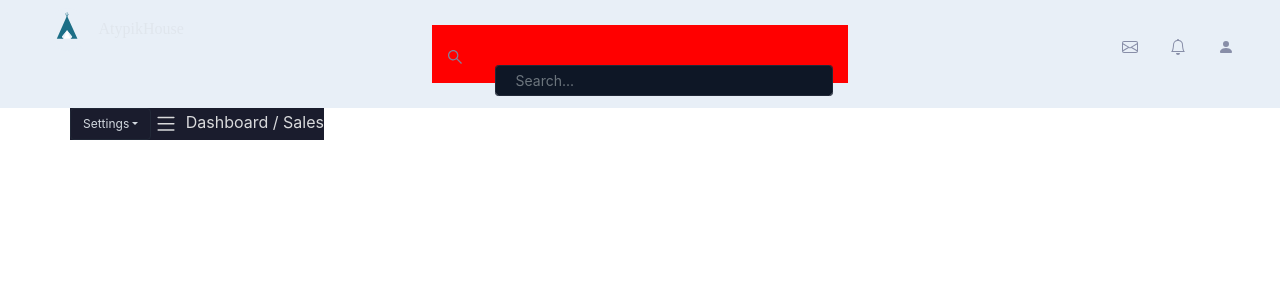
Repository: kifack/API-Symfony-AtypikHouse
Page: / (app in admin-frontend/)
An editor plug-in stored every save of this project. The page is shown before and after the next save, followed by the edit.
The browser window is 1280 px wide. The pictures show the whole page.
Some web libraries are served in a nearby version. The project was rebuilt for these pictures with package versions that can differ from the ones it lists, and the page was loaded fresh each time. Also part of the build but not shown: admin-frontend/src/css/Responsive.css, admin-frontend/src/css/admin/navbar.css, admin-frontend/src/components/template_parts/Header.js, admin-frontend/src/components/template_parts/Footer.js, admin-frontend/src/components/template_parts/Sidebar.js, admin-frontend/src/components/partials/LocationEntry.js, admin-frontend/src/components/template_parts/Spinner.js, admin-frontend/src/actions/location.js and 26 more.

Above is the page before, as saved 2020-10-01 16:37:28.

After the next save:
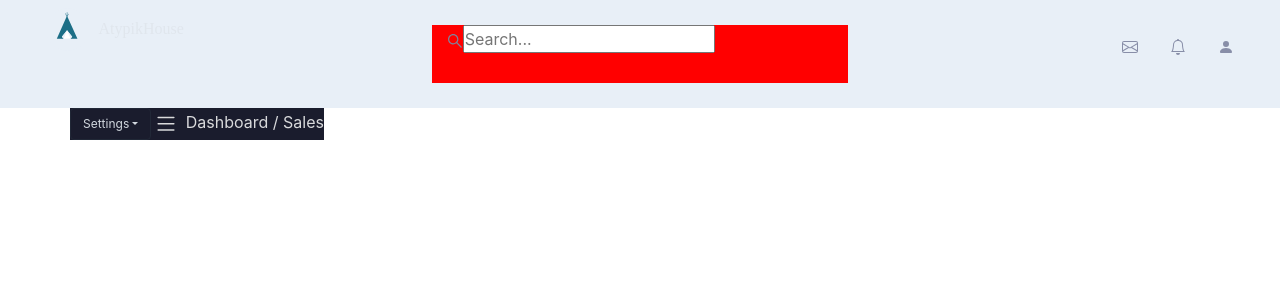
Saved 118 s later.
--- a/admin-frontend/src/components/backend/HeaderBack.js
+++ b/admin-frontend/src/components/backend/HeaderBack.js
@@ -19,9 +19,9 @@ class HeaderBack extends React.Component{
                         <Nav.Link><Image class="logo"src={logo}/><span class="titlesite">AtypikHouse</span></Nav.Link>
                     </Col>
                     <Col>
-                        <form className="form-inline mt-4 mb-4">
+                        <form >
                         <FaSistrix  className="icons"/>
-                        <input className="form-control form-control-sm ml-5 w-100" type="text" placeholder="   Search..." aria-label="Search"  />
+                        <input className="" type="text" placeholder="Search..." aria-label="Search"  />
                         </form>
                     </Col>
                     <Col className="d-flex justify-content-end">
